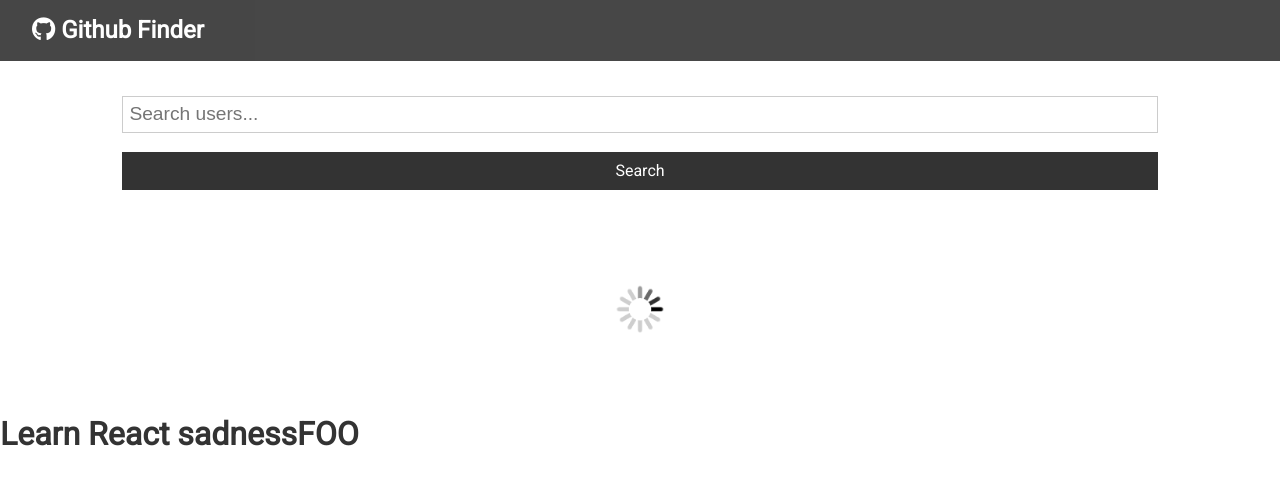
Repository: chinmayparab/github-finder
Page: /
An editor plug-in stored every save of this project. The page is shown before and after the next save, followed by the edit.
The browser window is 1280 px wide. The pictures show the whole page.
The page's requests for data from a server got no answer. Some web libraries are served in a nearby version. The project was rebuilt for these pictures with package versions that can differ from the ones it lists, and the page was loaded fresh each time. No one was signed in, and anything a server would have sent is missing. Also part of the build but not shown: src/components/users/UserItem.js.

Above is the page before, as saved 2020-06-25 18:12:25.

### src/App.js
import React, { Component } from "react";
import Navbar from "./components/layout/Navbar";
import Users from "./components/users/Users";
import Search from "./components/users/Search";
import axios from "axios";
import "./App.css";

class App extends Component {
  state = {
    users: [],
    loading: false,
  };

  async componentDidMount() {
    this.setState({ loading: true });
    const res = await axios.get(
      `https://api.github.com/users?client_id=${process.env.REACT_APP_GITHUB_CLIENT_ID}&client_secret=${process.env.REACT_APP_GITHUB_CLIENT_SECRET}`
    );
    this.setState({ users: res.data, loading: false });
  }

  // Searchy
  searchUsers = async (text) => {
    const res = await axios.get(
      `https://api.github.com/search/users?q=${text}&client_id=${process.env.REACT_APP_GITHUB_CLIENT_ID}&client_secret=${process.env.REACT_APP_GITHUB_CLIENT_SECRET}`
    );
    this.setState({ users: res.data.items, loading: false });
  };

  render() {
    const sad = "sadness";

    const foo = () => "foo";

    return (
      <div className='App'>
        <Navbar title='Github Finder' icon='fab fa-github'></Navbar>
        <div className='container'>
          <Search searchUsers={this.searchUsers} />
          <Users loading={this.state.loading} users={this.state.users}></Users>
        </div>
        <h1>Learn React {sad + foo().toUpperCase()}</h1>
      </div>
    );
  }
}

export default App;

### src/components/layout/Navbar.js
import React from "react";
import PropTypes from "prop-types";

const Navbar = ({ icon, title }) => {
  return (
    <nav className='navbar bg-dark'>
      <h1>
        <i className={icon} /> {title}
      </h1>
    </nav>
  );
};

Navbar.defaultProps = {
  title: "Github Finder",
  icon: "fab fa-github",
};

Navbar.propTypes = {
  title: PropTypes.string.isRequired,
  icon: PropTypes.string.isRequired,
};

export default Navbar;

### src/components/users/Users.js
import React from "react";
import UserItem from "./UserItem";
import Spinner from "../layout/Spinner";
import PropTypes from "prop-types";

const Users = ({ users, loading }) => {
  if (loading) {
    return <Spinner />;
  } else {
    return (
      <div style={userStyle}>
        {users.map((user) => (
          <UserItem key={user.id} user={user} />
        ))}
      </div>
    );
  }
};

Users.propTypes = {
  users: PropTypes.array.isRequired,
  loading: PropTypes.bool.isRequired,
};

const userStyle = {
  display: "grid",
  gridTemplateColumns: "repeat(3, 1fr)",
  gridGap: "1rem",
};

export default Users;

### src/components/users/Search.js
import React, { Component } from "react";

export class Search extends Component {
  state = {
    text: "",
  };

  onSubmit = (e) => {
    e.preventDefault();
    this.props.searchUsers(this.state.text);
    this.setState({ text: "" });
  };

  onChange = (e) => this.setState({ [e.target.name]: e.target.value });

  render() {
    return (
      <div>
        <form onSubmit={this.onSubmit} className='form'>
          <input
            type='text'
            name='text'
            placeholder='Search users...'
            value={this.state.text}
            onChange={this.onChange}
          />
          <input
            type='submit'
            value='Search'
            className='btn btn-dark btn-block'
          />
        </form>
      </div>
    );
  }
}

export default Search;

### src/components/layout/Spinner.js
import React, { Fragment } from "react";
import spinner from "./spinner.gif";

const Spinner = () => (
  <Fragment>
    <img
      src={spinner}
      alt='Loading...'
      style={{ width: "200px", margin: "auto", display: "block" }}
    />
  </Fragment>
);

export default Spinner;

Loaded but not shown: public/index.html (common file); src/index.js (common file); src/index.css (common file); src/App.css (common file)

After the next save:
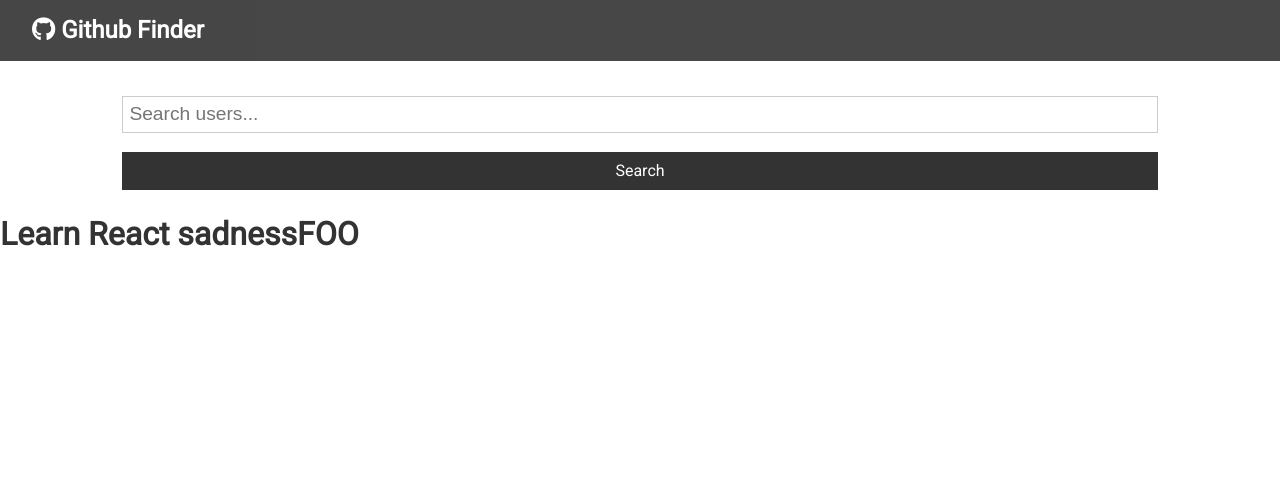
Saved 36 s later.
--- a/src/App.js
+++ b/src/App.js
@@ -11,13 +11,13 @@ class App extends Component {
     loading: false,
   };
 
-  async componentDidMount() {
-    this.setState({ loading: true });
-    const res = await axios.get(
-      `https://api.github.com/users?client_id=${process.env.REACT_APP_GITHUB_CLIENT_ID}&client_secret=${process.env.REACT_APP_GITHUB_CLIENT_SECRET}`
-    );
-    this.setState({ users: res.data, loading: false });
-  }
+  // async componentDidMount() {
+  //   this.setState({ loading: true });
+  //   const res = await axios.get(
+  //     `https://api.github.com/users?client_id=${process.env.REACT_APP_GITHUB_CLIENT_ID}&client_secret=${process.env.REACT_APP_GITHUB_CLIENT_SECRET}`
+  //   );
+  //   this.setState({ users: res.data, loading: false });
+  // }
 
   // Searchy
   searchUsers = async (text) => {
